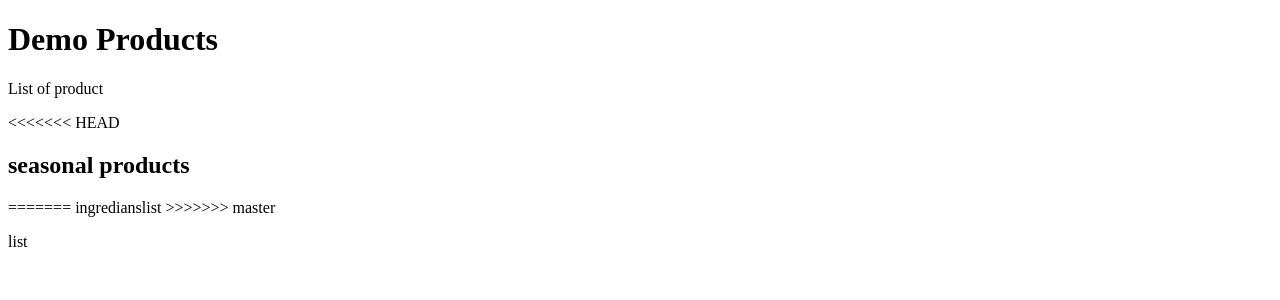
Repository: NagarjunaTubati/com.student.demo
Page: Demo/WebContent/index.html
An editor plug-in stored every save of this project. The page is shown before and after the next save, followed by the edit.
The browser window is 1280 px wide. The pictures show the whole page.

Above is the page before, as saved 2015-02-11 09:21:51.

### Demo/WebContent/index.html
<!DOCTYPE html PUBLIC "-//W3C//DTD HTML 4.01 Transitional//EN" "http://www.w3.org/TR/html4/loose.dtd">
<html>
<head>
<meta http-equiv="Content-Type" content="text/html; charset=ISO-8859-1">
<title>Insert title here</title>
</head>
<body>
<h1>Demo Products</h1>
<p>List of product</p>
<<<<<<< HEAD
<h2>seasonal products</h2>
=======

<span>ingredianslist</span>
>>>>>>> master
<p>list</p>
</body>
</html>

After the next save:
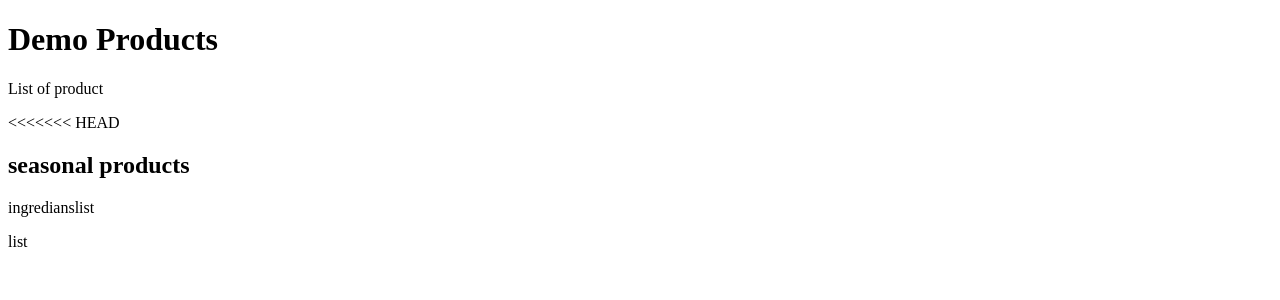
Saved 68 s later.
--- a/Demo/WebContent/index.html
+++ b/Demo/WebContent/index.html
@@ -9,10 +9,10 @@
 <p>List of product</p>
 <<<<<<< HEAD
 <h2>seasonal products</h2>
-=======
+
 
 <span>ingredianslist</span>
->>>>>>> master
+
 <p>list</p>
 </body>
 </html>
